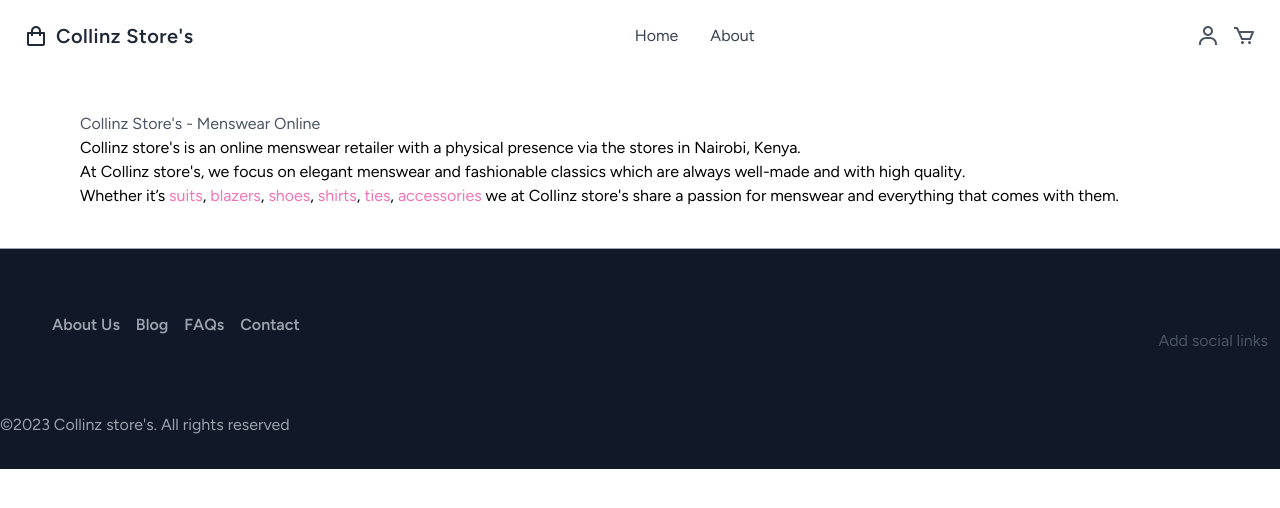
Repository: Collins145/e-commerce-website
Page: http://localhost/about
The author's editor kept a copy of each file at every save. The page is drawn from the files as they stood at one save, then again after the next save.
The browser window is 1280 px wide. The pictures show the whole page.
The page is served by the project's Laravel application, run on PHP 8.4 with Laravel 10. Style sheets and scripts are compiled from the project's sources, by tool versions that may differ from the author's.

Above is the page before, as saved 2023-06-17 22:44:07.

After the next save:
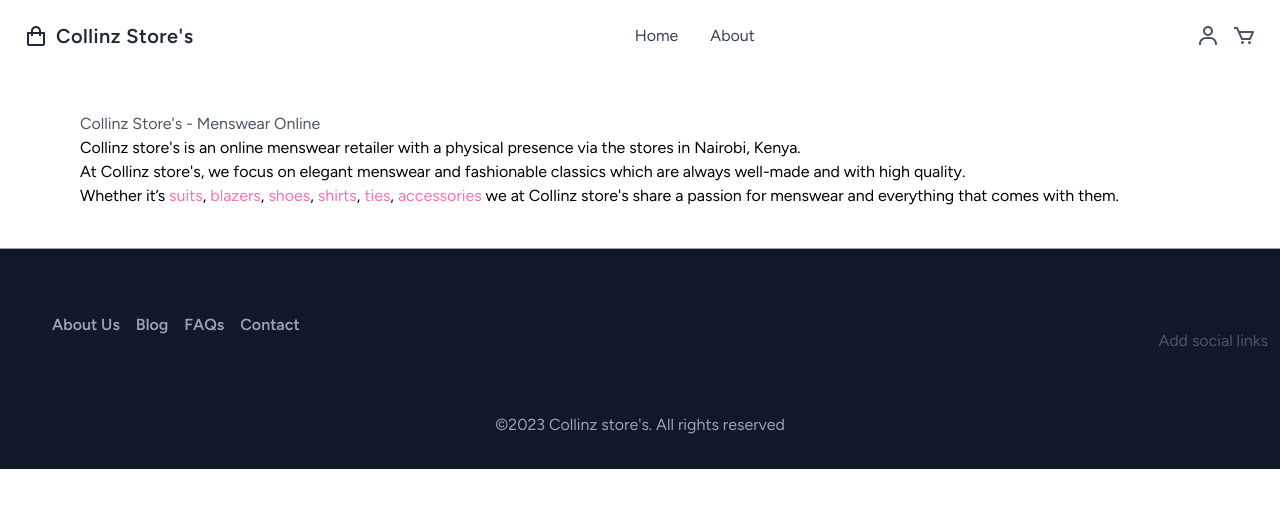
Saved 29 s later.
--- a/resources/views/components/site/footer.blade.php
+++ b/resources/views/components/site/footer.blade.php
@@ -20,5 +20,5 @@
                 </div>
             </div>
         </div>
-        <h3 class="font-semi-bold text-gray-400 mt-6"><span>&copy<span>2023 Collinz store's. All rights reserved</h3>
+        <h3 class="font-semi-bold text-gray-400 mt-6 text-center"><span>&copy<span>2023 Collinz store's. All rights reserved</h3>
     </footer>
